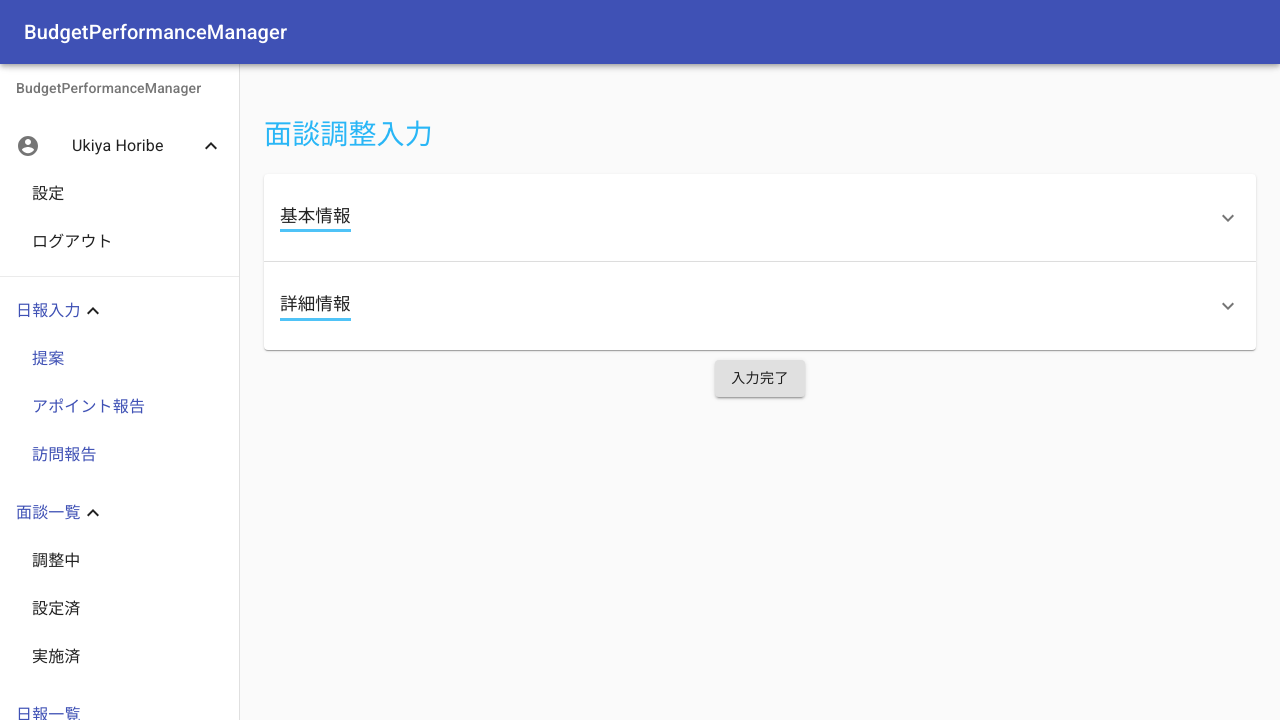
Repository: ukiyah/test
Page: /form_arrange_interview (app in src/)
An editor plug-in stored every save of this project. The page is shown before and after the next save, followed by the edit.
The browser window is 1280 px wide. The pictures show the whole page.
The project was rebuilt for these pictures with package versions that can differ from the ones it lists, and the page was loaded fresh each time. Also part of the build but not shown: src/Button.js, src/proposal/Table.js, src/proposal/list_proposal.js, src/Title.js, src/Chart.js, src/Deposits.js, src/Orders.js, src/Dashboard.js and 18 more. Imported but missing from the stored project, and not drawn on this page: src/appointment/visit/form_visit.

Above is the page before, as saved 2020-02-27 15:01:32.

### src/index.css
body {
  margin: 0;
  font-family: -apple-system, BlinkMacSystemFont, 'Segoe UI', 'Roboto', 'Oxygen',
    'Ubuntu', 'Cantarell', 'Fira Sans', 'Droid Sans', 'Helvetica Neue',
    sans-serif;
  -webkit-font-smoothing: antialiased;
  -moz-osx-font-smoothing: grayscale;
}

code {
  font-family: source-code-pro, Menlo, Monaco, Consolas, 'Courier New',
    monospace;
}

.button {
  color: #000;
}

h1 {
  text-align: center;
  color:#29B6F6;
  font-weight: normal;
}

### src/App.js
import React from 'react';
import 'typeface-roboto';
import {
  BrowserRouter,
  Route
} from "react-router-dom";
import list_proposal from "./proposal/list_proposal";
import Dashboard from "./Dashboard";
import list_interview from "./interview/list_interview";
import list_closing from "./closing/list_closing";
import list_appointment from "./appointment/list_appointment";
import list_daily_report from "./daily_report/list_daily_report";
import form_daily_report from "./daily_report/form_daily_report";
import form_proposal from "./proposal/form_proposal";
import form_appointment from "./appointment/appointment/form_appointment.jsx";
import form_visit from "./appointment/visit/form_visit";
import form_arrange_interview from "./interview/arrange/form_arrange_interview";
import form_confirm_interview from "./interview/confirm/form_confirm_interview";
import form_complete_interview from "./interview/complete/form_complete_interview";
class App extends React.Component{

  render() {
    return (
      <div>

        <BrowserRouter>
          <div>
            <Route exact path="/" component={Dashboard} />
            <Route path="/list_proposal" component={list_proposal} />
            <Route path="/list_interview" component={list_interview} />
            <Route path="/list_closing" component={list_closing} />
            <Route path="/list_appointment" component={list_appointment} />
            <Route path="/list_daily_report" component={list_daily_report} />
            <Route path="/form_daily_report" component={form_daily_report} />
            <Route path="/form_proposal" component={form_proposal} />
            <Route path="/form_appointment" component={form_appointment} />
            <Route path="/form_visit" component={form_visit} />
            <Route path="/form_arrange_interview" component={form_arrange_interview} />
            <Route path="/form_confirm_interview" component={form_confirm_interview} />
            <Route path="/form_complete_interview" component={form_complete_interview} />
         </div>
        </BrowserRouter>
        {/* <ClippedDrawer /> */}
      </div>
    );
  }

}

export default App;

### src/interview/arrange/form_arrange_interview.jsx
import React from 'react';
import clsx from 'clsx';
import { makeStyles } from '@material-ui/core/styles';
import CssBaseline from '@material-ui/core/CssBaseline';


import Container from '@material-ui/core/Container';
import Grid from '@material-ui/core/Grid';
import Drawer from "../../Drawer";
import ExpansionPanel from "./ExpansionPanel.jsx";
import Button from "@material-ui/core/Button";

const useStyles = makeStyles(theme => ({
  root: {
    display: 'flex',
  },

  appBarSpacer: theme.mixins.toolbar,
  content: {
    flexGrow: 1,
    height: '100vh',
    overflow: 'auto',
  },
  container: {
    paddingTop: theme.spacing(4),
    paddingBottom: theme.spacing(4),
  },

  fixedHeight: {
    height: 520,
  },
}));

export default function Dashboard() {
  const classes = useStyles();
  return (
    <div className={classes.root}>
      <CssBaseline />
      <Drawer />
      <main className={classes.content}>
        <div className={classes.appBarSpacer} />
        <Container maxWidth="lg" className={classes.container}>
          <Grid container spacing={3}>

            <Grid item xs={12} >
              <span style={{display:"flex"}}>
                <h1>面談調整入力</h1>
              </span>
                <ExpansionPanel />
              <div style={{marginTop: 10, textAlign: "center"}}>
                <Button variant="contained" >入力完了</Button>
              </div>

            </Grid>

          </Grid>

        </Container>
      </main>
    </div>
  );
}

### src/Drawer.js
import React from 'react';
import { makeStyles } from '@material-ui/core/styles';
import Drawer from '@material-ui/core/Drawer';
import AppBar from '@material-ui/core/AppBar';
import CssBaseline from '@material-ui/core/CssBaseline';
import Toolbar from '@material-ui/core/Toolbar';
import Typography from '@material-ui/core/Typography';
import SimpleTable from "./proposal/Table";
import NestedList from "./NestedList";
const drawerWidth = 240;

const useStyles = makeStyles(theme => ({
  root: {
    display: 'flex',
  },
  appBar: {
    zIndex: theme.zIndex.drawer + 1,
  },
  drawer: {
    width: drawerWidth,
    flexShrink: 0,
  },
  drawerPaper: {
    width: drawerWidth,
  },
  content: {
    flexGrow: 1,
    padding: theme.spacing(3),
  },
  toolbar: theme.mixins.toolbar,
}));

export default function ClippedDrawer() {
  const classes = useStyles();

  return (
    <div className={classes.root}>
      <CssBaseline />
      <AppBar position="fixed" className={classes.appBar}>
        <Toolbar>
          <Typography variant="h6" noWrap>
            BudgetPerformanceManager
          </Typography>
        </Toolbar>
      </AppBar>
      <Drawer
        className={classes.drawer}
        variant="permanent"
        classes={{
          paper: classes.drawerPaper,
        }}
      >
        <div className={classes.toolbar} />
        <NestedList />
      </Drawer>

    </div>
  );
}

### src/interview/arrange/ExpansionPanel.jsx
import React from 'react';
import { makeStyles } from '@material-ui/core/styles';
import ExpansionPanel from '@material-ui/core/ExpansionPanel';
import ExpansionPanelSummary from '@material-ui/core/ExpansionPanelSummary';
import ExpansionPanelDetails from '@material-ui/core/ExpansionPanelDetails';
import Typography from '@material-ui/core/Typography';
import ExpandMoreIcon from '@material-ui/icons/ExpandMore';
import SelectBox from "../../SelectBox.jsx";
import TextField from "../../TextField";
import Button from "@material-ui/core/Button";
import Switch from "../../Switch";
import MultiLineTextField from "../../MultiLineTextField";
import RadioButton from "../RadioButton_Collabo";
import ContainedButtons from "../../Button";

const useStyles = makeStyles(theme => ({
  root: {
    width: '100%',
  },
  heading: {
    fontSize: theme.typography.pxToRem(15),
    fontWeight: theme.typography.fontWeightRegular,
  },
  list: {
    marginBottom: 5,
  }
}));

export default function SimpleExpansionPanel() {
  const classes = useStyles();

  return (
    <div className={classes.root}>
      <ExpansionPanel>
        <ExpansionPanelSummary
          expandIcon={<ExpandMoreIcon />}
          aria-controls="panel1a-content"
          id="panel1a-header"
        >
          <Typography className={classes.heading}><h3 style={{ fontWeight: "normal", borderBottom: "solid 3px #4FC3F7" }}>
            基本情報
            </h3>
          </Typography>
        </ExpansionPanelSummary>
        <ExpansionPanelDetails>
          <Typography >
            <h4 style={{fontWeight:"normal",borderBottom: "solid 1px #4FC3F7"}}>
              企業情報の入力<Button disabled style={{color:"red"}}>必須</Button>
            </h4>
            {/* <div style={{ display: "flex" }}> */}
              <TextField label="上位企業" />
              <TextField label="下位企業" />
            {/* </div> */}
            <br></br>
            <h4 style={{fontWeight:"normal",borderBottom: "solid 1px #4FC3F7"}}>
              コラボ情報の入力<Button disabled style={{color:"red"}}>必須</Button>
            </h4>
            <br></br>
            <Switch label="コラボ有無" />
            <RadioButton />
            {/* <SelectBox value="上位・下位" item1="上位" item2="下位" /> */}
            <TextField label="コラボ担当" />
            <h4 style={{fontWeight:"normal",borderBottom: "solid 1px #4FC3F7"}}>
              備考
            </h4>
            <MultiLineTextField />
          </Typography>
        </ExpansionPanelDetails>
      </ExpansionPanel>
      <ExpansionPanel>
        <ExpansionPanelSummary
          expandIcon={<ExpandMoreIcon />}
          aria-controls="panel1a-content"
          id="panel1a-header"
        >
          <Typography className={classes.heading}>
            <h3 style={{ fontWeight: "normal", borderBottom: "solid 3px #4FC3F7" }}>
              詳細情報
            </h3>
          </Typography>
        </ExpansionPanelSummary>
        <ExpansionPanelDetails>
          <Typography >
            <Switch label="終了者の場合はオンにしてください" />
            <br></br>
            <h4 style={{fontWeight:"normal",borderBottom: "solid 1px #4FC3F7"}}>
              日時・場所
            </h4>
            <div style={{ display: "flex" }}>
              <SelectBox value="年" item1="2020" />
              <SelectBox value="月" item1="3" item2="4" item3="5" />
              <SelectBox value="日" item1="1" item2="2" item3="3" />
            </div>
            <br></br>
            <TextField label="場所"/>
            <h4 style={{fontWeight:"normal",borderBottom: "solid 1px #4FC3F7"}}>
            求められるスキル
            </h4>
            <SelectBox value="スキル1" item1="Javascript" item2="React" item3="Python" />
            <SelectBox value="スキル2" item1="Javascript" item2="React" item3="Python" />
            <SelectBox value="スキル3" item1="Javascript" item2="React" item3="Python" />
          <br></br>
            <h4 style={{fontWeight:"normal",borderBottom: "solid 1px #4FC3F7"}}>
              金額
            </h4>
            <div style={{display:"flex"}}>
              <TextField label="提案" /><p>万</p>
            </div>
            <div style={{display:"flex"}}>
              <TextField label="仕入" /><p>万</p>
            </div>
            <div style={{display:"flex"}}>
              <TextField label="粗利" /><p>万</p>
            </div>
            <h4 style={{fontWeight:"normal",borderBottom: "solid 1px #4FC3F7"}}>
              備考
            </h4>
            <MultiLineTextField />
          </Typography>
        </ExpansionPanelDetails>
      </ExpansionPanel>


    </div>
  );
}

### src/NestedList.js
import React from 'react';
import { makeStyles } from '@material-ui/core/styles';
import ListSubheader from '@material-ui/core/ListSubheader';
import List from '@material-ui/core/List';
import ListItem from '@material-ui/core/ListItem';
import ListItemIcon from '@material-ui/core/ListItemIcon';
import ListItemText from '@material-ui/core/ListItemText';
import Collapse from '@material-ui/core/Collapse';
import InboxIcon from '@material-ui/icons/MoveToInbox';
import DraftsIcon from '@material-ui/icons/Drafts';
import SendIcon from '@material-ui/icons/Send';
import ExpandLess from '@material-ui/icons/ExpandLess';
import ExpandMore from '@material-ui/icons/ExpandMore';
import StarBorder from '@material-ui/icons/StarBorder';
import AccountCircle from '@material-ui/icons/AccountCircle';
import Divider from '@material-ui/core/Divider';
import Link from '@material-ui/core/Link';
const useStyles = makeStyles(theme => ({
  root: {
    width: '100%',
    maxWidth: 360,
    backgroundColor: theme.palette.background.paper,
  },
  nested: {
    paddingLeft: theme.spacing(4),
  },
}));

export default function NestedList() {
  const classes = useStyles();
  const [open1, setOpen1] = React.useState(true);
  const [open2, setOpen2] = React.useState(true);
  const [open3, setOpen3] = React.useState(true);
  const [open4, setOpen4] = React.useState(true);

  const handleClick1 = () => {
    setOpen1(!open1);
  };
  const handleClick2 = () => {
    setOpen2(!open2);
  };
  const handleClick3 = () => {
    setOpen3(!open3);
  };
  const handleClick4 = () => {
    setOpen4(!open4);
  };
  return (
    <List
      component="nav"
      aria-labelledby="nested-list-subheader"
      subheader={
        <ListSubheader component="div" id="nested-list-subheader">
          BudgetPerformanceManager
        </ListSubheader>
      }
      className={classes.root}
    >
      <div style={{ marginTop: 10, marginBottom: 10 }}>
        <ListItem button onClick={handleClick1}>
          <ListItemIcon>
            <AccountCircle />
          </ListItemIcon>
          <ListItemText primary="Ukiya Horibe" />
          {open1 ? <ExpandLess /> : <ExpandMore />}
        </ListItem>
        <Collapse in={open1} timeout="auto" unmountOnExit>
          <List component="div" disablePadding>
            <ListItem button className={classes.nested}>
              {/* <ListItemIcon>
              <StarBorder />
            </ListItemIcon> */}
              <ListItemText primary="設定" />
            </ListItem>
            <ListItem button className={classes.nested}>
              <ListItemText primary="ログアウト" />
            </ListItem>
          </List>
        </Collapse>
      </div>
      <Divider light />
      <div style={{ marginTop: 10 }}>
        <ListItem button onClick={handleClick2}>
          <Link href="form_daily_report" >
            <ListItemText primary="日報入力" />
          </Link>
          {open2 ? <ExpandLess /> : <ExpandMore />}
        </ListItem>
        <Collapse in={open2} timeout="auto" unmountOnExit>
          <List component="div" disablePadding>
            <ListItem button className={classes.nested}>
              <Link href="form_proposal" >
                <ListItemText primary="提案" />
              </Link>
            </ListItem>
            <ListItem button className={classes.nested}>
              <Link href="form_appointment" >
                <ListItemText primary="アポイント報告" />
              </Link>
            </ListItem>
            <ListItem button className={classes.nested}>
              <Link href="form_visit">
                <ListItemText primary="訪問報告" />
              </Link>
            </ListItem>
          </List>
        </Collapse>
      </div>
      <div style={{ marginTop: 10 }}>
        <ListItem button onClick={handleClick3}>
          <Link href="list_interview" >
            <ListItemText primary="面談一覧" />
          </Link>

          {open3 ? <ExpandLess /> : <ExpandMore />}
        </ListItem>
        <Collapse in={open3} timeout="auto" unmountOnExit>
          <List component="div" disablePadding>
            <ListItem button className={classes.nested}>
              <ListItemText primary="調整中" />
            </ListItem>
            <ListItem button className={classes.nested}>
              <ListItemText primary="設定済" />
            </ListItem>
            <ListItem button className={classes.nested}>
              <ListItemText primary="実施済" />
            </ListItem>
          </List>
        </Collapse>
      </div>
      <div style={{ marginTop: 10 }}>
        <ListItem button>
          <Link href="/list_daily_report" >
            <ListItemText primary="日報一覧" />
          </Link>
        </ListItem>
      </div>
      <div style={{ marginTop: 10 }}>
        <ListItem button onClick={handleClick4}>
          <ListItemText primary="その他の一覧" />

          {open4 ? <ExpandLess /> : <ExpandMore />}
        </ListItem>
        <Collapse in={open4} timeout="auto" unmountOnExit>
          <List component="div" disablePadding>
            <ListItem button className={classes.nested}>
              <Link href="/list_proposal" >
                <ListItemText primary="提案" />
              </Link>

            </ListItem>
            <ListItem button className={classes.nested}>
              <Link href="/list_closing" >
                <ListItemText primary="成約" />
              </Link>
            </ListItem>
            <ListItem button className={classes.nested}>
              <Link href="/list_appointment" >
                <ListItemText primary="架電報告" />
              </Link>
            </ListItem>
          </List>
        </Collapse>
      </div>
    </List>
  );
}

### src/SelectBox.jsx
import React from 'react';
import { makeStyles } from '@material-ui/core/styles';
import InputLabel from '@material-ui/core/InputLabel';
import FormControl from '@material-ui/core/FormControl';
import Select from '@material-ui/core/Select';

const useStyles = makeStyles(theme => ({
  formControl: {
    margin: theme.spacing(1),
    minWidth: 120,
  },
  selectEmpty: {
    marginTop: theme.spacing(2),
  },
}));

export default function NativeSelects(props) {
  const classes = useStyles();
  const [state, setState] = React.useState({
    age: '',
    name: 'hai',
  });



  const handleChange = name => event => {
    setState({
      ...state,
      [name]: event.target.value,
    });
  };

  return (
    <div>

      <FormControl className={classes.formControl}>
        <InputLabel htmlFor="age-native-simple">{props.value}</InputLabel>
        <Select
          native
          value={state.age}
          onChange={handleChange('age')}
          inputProps={{
            name: 'age',
            id: 'age-native-simple',
          }}
        >
          <option value="" />
          <option value={10}>{props.item1}</option>
          <option value={20}>{props.item2}</option>
          <option value={30}>{props.item3}</option>
        </Select>
      </FormControl>




    </div>
  );
}

### src/TextField.jsx
import React from 'react';
import { makeStyles } from '@material-ui/core/styles';
import TextField from '@material-ui/core/TextField';

const useStyles = makeStyles(theme => ({
  root: {
    '& > *': {
      margin: theme.spacing(1),
      width: 200,
    },
  },
}));

export default function BasicTextFields(props) {
  const classes = useStyles();

  return (
    <form className={classes.root} noValidate autoComplete="off">
      <TextField id="standard-basic" label={props.label} />
    </form>
  );
}

### src/Switch.jsx
import React from 'react';
import FormGroup from '@material-ui/core/FormGroup';
import FormControlLabel from '@material-ui/core/FormControlLabel';
import Switch from '@material-ui/core/Switch';
export default function SwitchLabels(props) {

  const [state, setState] = React.useState({
    checkedB: false,
  });

  const handleChange = name => event => {
    setState({ ...state, [name]: event.target.checked });
  };
  return (
    <FormGroup row>

      <FormControlLabel
        control={
          <Switch
            checked={state.checkedB}
            onChange={handleChange('checkedB')}
            value="checkedB"
            color="primary"
          />
        }
        label={props.label}
      />
    </FormGroup>
  );
}

### src/MultiLineTextField.jsx
import React from 'react';
import { makeStyles } from '@material-ui/core/styles';
import TextField from '@material-ui/core/TextField';

const useStyles = makeStyles(theme => ({
  root: {
    '& .MuiTextField-root': {
      margin: theme.spacing(1),
      width: 600,
    },
  },
}));

export default function MultilineTextFields(props) {
  const classes = useStyles();
  const [value, setValue] = React.useState('Controlled');

  const handleChange = event => {
    setValue(event.target.value);
  };

  return (
    <form className={classes.root} noValidate autoComplete="off">
        <TextField
          id="outlined-multiline-static"
          label={props.label}
          multiline
          rows="4"
          variant="outlined"
        />
    </form>
  );
}

### src/interview/RadioButton_Collabo.jsx
import React from 'react';
import { makeStyles } from '@material-ui/core/styles';
import Radio from '@material-ui/core/Radio';
import RadioGroup from '@material-ui/core/RadioGroup';
import FormHelperText from '@material-ui/core/FormHelperText';
import FormControlLabel from '@material-ui/core/FormControlLabel';
import FormControl from '@material-ui/core/FormControl';
import FormLabel from '@material-ui/core/FormLabel';
const useStyles = makeStyles(theme => ({
  formControl: {
    margin: theme.spacing(3),
  },
}));

export default function RadioButtonsGroup() {
  const classes = useStyles();
  const [value, setValue] = React.useState('female');

  const handleChange = event => {
    setValue(event.target.value);
  };

  return (
    <div>
      <FormControl component="fieldset" className={classes.formControl}>
        <FormLabel component="legend"></FormLabel>
        <RadioGroup aria-label="gender" name="gender1" value={value} onChange={handleChange}>
          <FormControlLabel value="female" control={<Radio color="primary"/>} label="上位" />
          <FormControlLabel value="male" control={<Radio color="primary"/>} label="下位" />
        </RadioGroup>
      </FormControl>

    </div>
  );
}

Loaded but not shown: src/index.js (common file); src/serviceWorker.js (common file); src/appointment/appointment/form_appointment.jsx (no stored copy; drawn as an empty file)

After the next save:
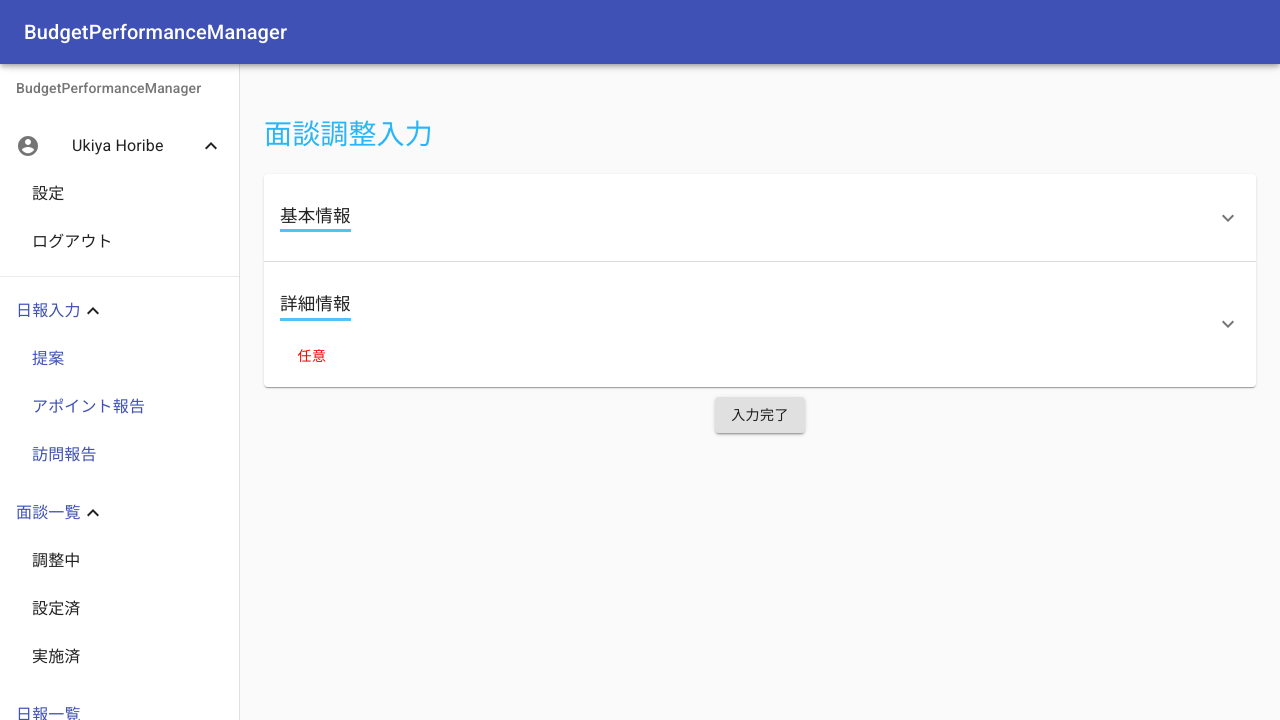
Saved 79 s later.
--- a/src/interview/arrange/ExpansionPanel.jsx
+++ b/src/interview/arrange/ExpansionPanel.jsx
@@ -76,7 +76,7 @@
           <Typography className={classes.heading}>
             <h3 style={{ fontWeight: "normal", borderBottom: "solid 3px #4FC3F7" }}>
               詳細情報
-            </h3>
+            </h3><Button disabled style={{color:"red"}}>任意</Button>
           </Typography>
         </ExpansionPanelSummary>
         <ExpansionPanelDetails>

After the save that followed:
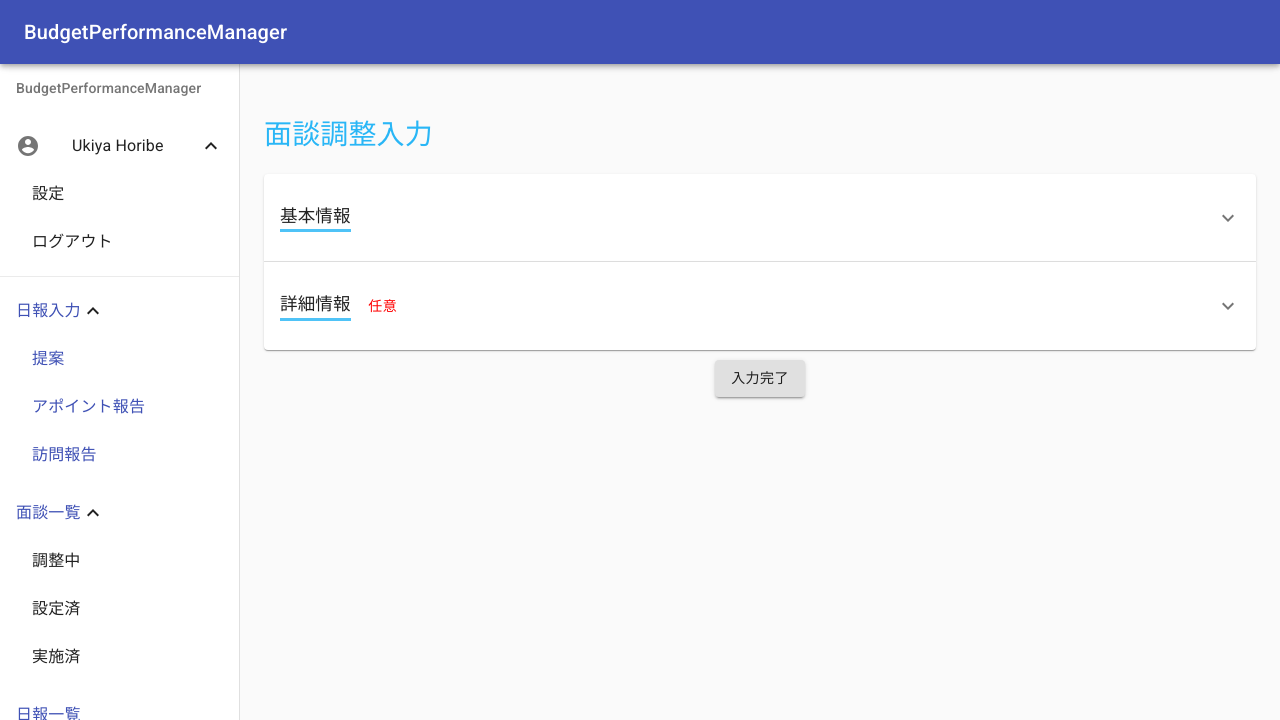
Saved 43 s later.
--- a/src/interview/arrange/ExpansionPanel.jsx
+++ b/src/interview/arrange/ExpansionPanel.jsx
@@ -74,9 +74,11 @@
           id="panel1a-header"
         >
           <Typography className={classes.heading}>
+          <div style={{ display: "flex" }}>
             <h3 style={{ fontWeight: "normal", borderBottom: "solid 3px #4FC3F7" }}>
               詳細情報
             </h3><Button disabled style={{color:"red"}}>任意</Button>
+          </div>
           </Typography>
         </ExpansionPanelSummary>
         <ExpansionPanelDetails>
